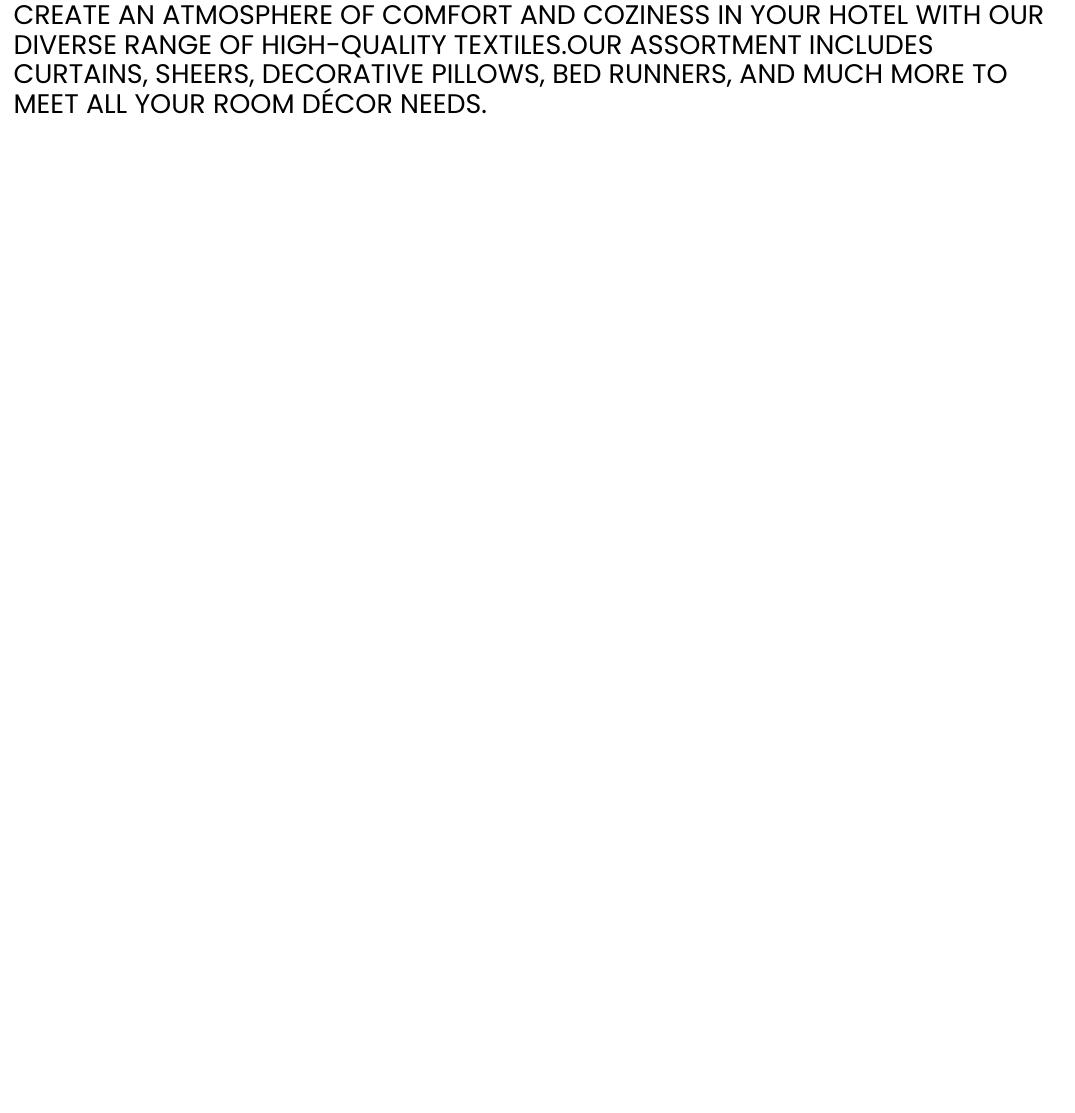
Repository: nikhilsinghrathore1/Shery_02
Page: /
The author's editor kept a copy of each file at every save. The page is drawn from the files as they stood at one save, then again after the next save.
The browser window is 1280 px wide. The pictures show the part of the page from y = 4219 to 5544 px (the page is 5544 px tall), at 84% of full size.
The project was rebuilt for these pictures with package versions that can differ from the ones it lists, and the page was loaded fresh each time. Also part of the build but not shown: vite.config.js.

Above is the page before, as saved 2024-07-18 03:26:24.

After the next save:
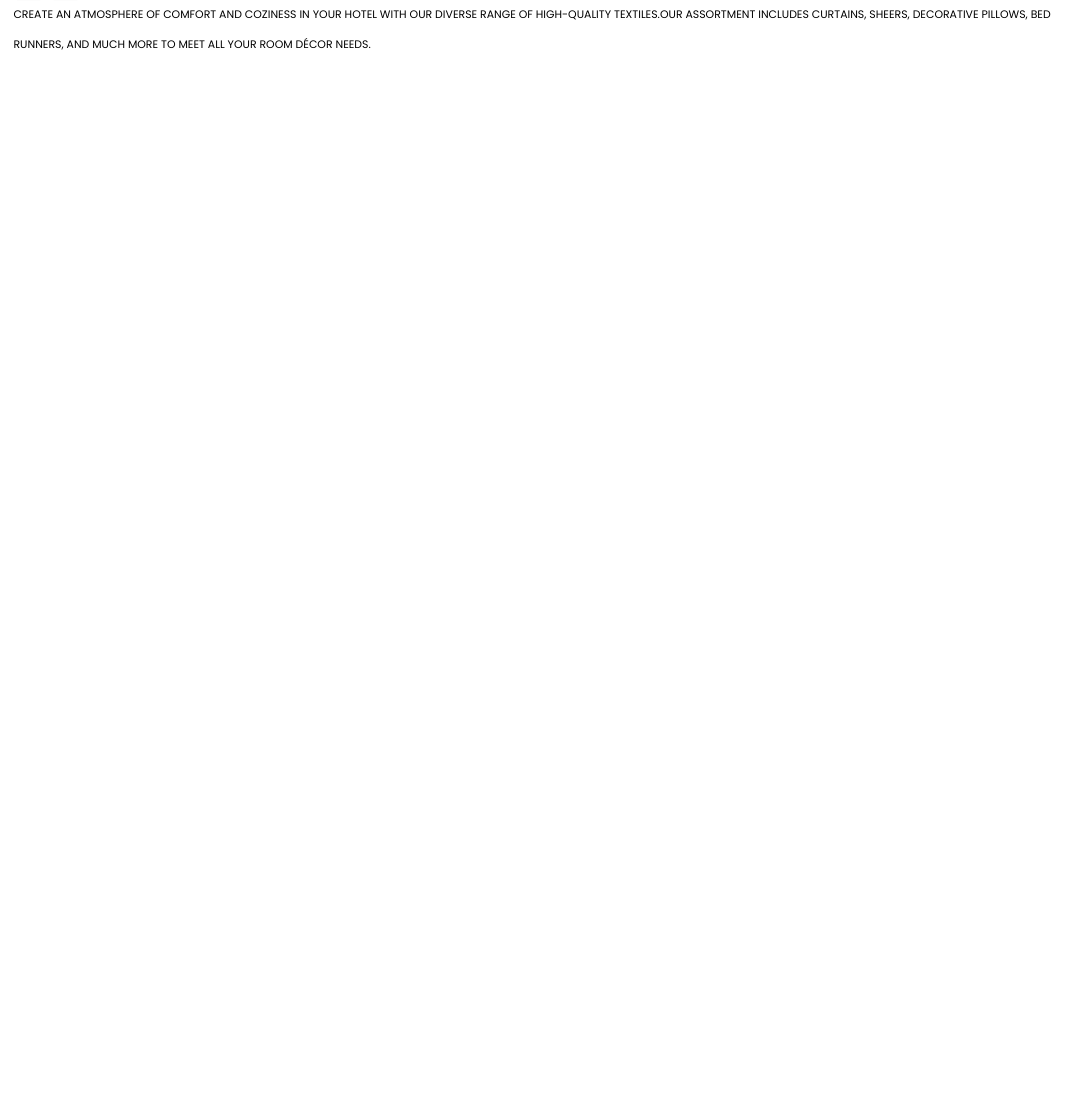
Saved 14 s later.
--- a/src/pages/Landing.jsx
+++ b/src/pages/Landing.jsx
@@ -70,7 +70,7 @@ const Landing = () => {
                                                             </div>
                                              </div>
 
-                                             <p>Create an atmosphere of comfort and coziness <span> in your hotel with our diverse range of high-quality textiles.</span>Our assortment includes curtains, sheers, decorative pillows, bed runners, and much more to meet all your room décor needs.</p>
+                                             <p className='text-[13px]'>Create an atmosphere of comfort and coziness <span> in your hotel with our diverse range of high-quality textiles.</span>Our assortment includes curtains, sheers, decorative pillows, bed runners, and much more to meet all your room décor needs.</p>
                               </div>
                </div>
 
